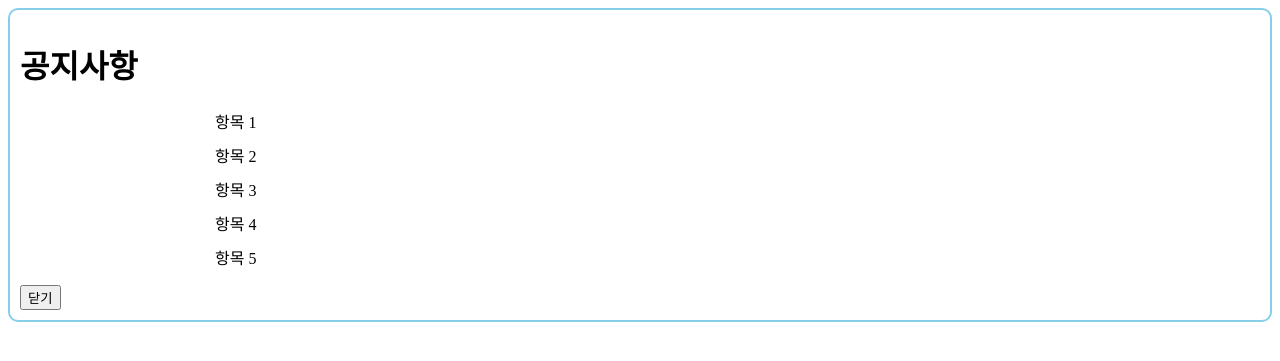
Repository: ady0099/webstudy
Page: 03_javascript/src/main/webapp/day03/notice.html
These files come from the project's save history. The page is drawn as it stood at one moment and after a run of saves; the edit follows.
The browser window is 1280 px wide. The pictures show the whole page.

Above is the page before, as saved 2023-06-29 03:52:05.

After the next 2 saves:
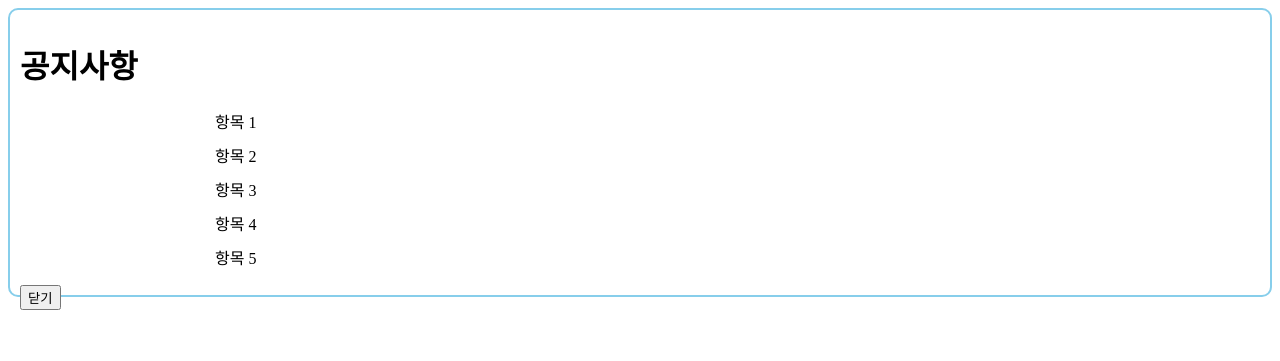
The 2 saves are shown as one change because they came seconds apart.
The last was saved 28 s later.
--- a/03_javascript/src/main/webapp/day03/notice.html
+++ b/03_javascript/src/main/webapp/day03/notice.html
@@ -16,6 +16,10 @@
 			ul li{
 				margin: 10px 5px;
 			}
+			button{
+				position: absolute;
+				bottom:
+			}
 		</style>
 	</head>
 	<body>
